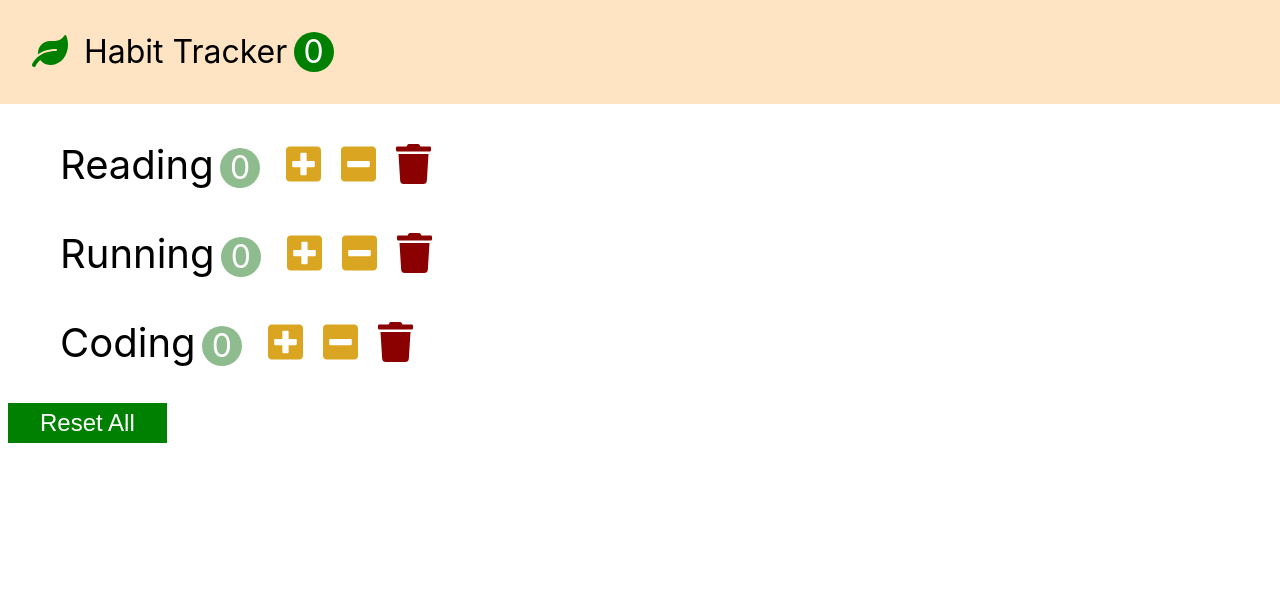
Repository: keehoonjung/react-habit-tracker
Page: / (app in react/habit-tracker/)
These files come from the project's save history. The page is drawn as it stood at one moment and after a run of saves; the edit follows.
The browser window is 1280 px wide. The pictures show the whole page.
The project was rebuilt for these pictures with package versions that can differ from the ones it lists, and the page was loaded fresh each time.

Above is the page before, as saved 2021-08-30 22:45:01.

### react/habit-tracker/public/index.html
<!DOCTYPE html>
<html lang="en">
  <head>
    <meta charset="utf-8" />
    <link rel="icon" href="%PUBLIC_URL%/favicon.ico" />
    <meta name="viewport" content="width=device-width, initial-scale=1" />
    <meta name="theme-color" content="#000000" />
    <meta
      name="description"
      content="Web site created using create-react-app"
    />
    <link rel="apple-touch-icon" href="%PUBLIC_URL%/logo192.png" />
    <title>App</title>
  </head>
  <body>
    <noscript>You need to enable JavaScript to run this app.</noscript>
    <div id="root"></div>
  </body>
</html>

### react/habit-tracker/src/app.jsx
import React, { Component } from "react";
import { textChangeRangeIsUnchanged } from "typescript";
import "./app.css";
import Habits from "./components/habits";
import Navbar from "./components/navbar";

class App extends Component {
  state = {
    habits: [
      { id: 1, name: "Reading", count: 0 },
      { id: 2, name: "Running", count: 0 },
      { id: 3, name: "Coding", count: 0 },
    ],
  };

  handleIncrement = (habit) => {
    const habits = [...this.state.habits];
    const index = habits.indexOf(habit);
    habits[index].count++;
    this.setState({ habits });
  };
  handledecrement = (habit) => {
    const habits = [...this.state.habits];
    const index = habits.indexOf(habit);
    const count = habits[index].count - 1;
    habits[index].count = count < 0 ? 0 : count;
    this.setState({ habits });
  };
  handleDelete = (habit) => {
    const habits = this.state.habits.filter((item) => item.id !== habit.id);
    this.setState({ habits });
  };
  addItem = () => {
    const habits = [...this.state.habits];
    const input = document.querySelector("input");
    console.log(this.newID());
    const newItem = { id: this.newID(), name: input.value, count: 0 };
    habits.push(newItem);
    input.value = "";
    this.setState({ habits });
  };

  resetAll = () => {
    const habits = [...this.state.habits];
    habits.forEach((habit) => {
      habit.count = 0;
    });
    this.setState({ habits });
  };

  newID = () => {
    return Math.floor(Math.random() * (10000 - 4) + 4);
  };

  render() {
    return (
      <>
        <Navbar
          totalScore={
            this.state.habits.filter((habit) => habit.count > 0).length
          }
        />
        <Habits
          habits={this.state.habits}
          OnIncrement={this.handleIncrement}
          Ondecrement={this.handledecrement}
          OnDelete={this.handleDelete}
        />
        <button className="reset-button" onClick={this.resetAll}>
          Reset All
        </button>
      </>
    );
  }
}

export default App;

### react/habit-tracker/src/app.css
* {
  box-sizing: border-box;
}
button {
  outline: none;
  border: 0;
  cursor: pointer;
}

.header {
  background-color: bisque;
  font-size: 2rem;
  padding: 2rem 2rem;
}

.fa-leaf {
  color: green;
  margin-right: 1rem;
}

.header-count {
  display: inline-block;
  text-align: center;
  width: 2.5rem;
  height: 2.5rem;
  line-height: 2.5rem;
  font-size: 2rem;
  margin-left: 0.2em;
  margin-right: 0.5em;
  background-color: green;
  color: white;
  border-radius: 50%;
}

.add-form {
  width: 100%;
  padding: 2rem 1rem;
}

.add-input {
  font-size: 1.5rem;
  width: 20rem;
  height: 2.5rem;
}

.add-button {
  font-size: 1.5rem;
  height: 2.8rem;
  width: 4rem;
  margin-left: 0.5rem;
  background-color: green;
  color: white;
}

.habit {
  font-size: 2.5rem;
  padding: 0.5em;
  list-style: none;
}

.habit-count {
  display: inline-block;
  text-align: center;
  width: 2.5rem;
  height: 2.5rem;
  line-height: 2.5rem;
  font-size: 2rem;
  margin-left: 0.2em;
  margin-right: 0.5em;
  background-color: darkseagreen;
  color: white;
  border-radius: 50%;
}

.habit-button {
  font-size: 2.5rem;
  margin: 0 0.1em;
  background-color: transparent;
}

.habit-button:hover {
  opacity: 0.8;
}

.habit-increase,
.habit-decrease {
  color: goldenrod;
}

.habit-delete {
  color: darkred;
}

.reset-button {
  font-size: 1.5rem;
  height: 2.5rem;
  padding: 0 2rem;
  margin-left: 0.5rem;
  background-color: green;
  color: white;
}

### react/habit-tracker/src/components/habits.jsx
import React, { Component } from "react";
import Habit from "./habit";

class Habits extends Component {
  render() {
    return (
      <ul>
        {this.props.habits.map((habit) => (
          <Habit
            key={habit.id}
            habit={habit}
            OnhandleIncrement={this.props.OnIncrement}
            Onhandledecrement={this.props.Ondecrement}
            OnhandleDelete={this.props.OnDelete}
          />
        ))}
      </ul>
    );
  }
}

export default Habits;

### react/habit-tracker/src/components/navbar.jsx
import React, { Component } from "react";

class Navbar extends Component {
  render() {
    return (
      <nav className="header">
        <i className="fas fa-leaf"></i>
        <span className="header-title">Habit Tracker</span>
        <span className="header-count">{this.props.totalScore}</span>
      </nav>
    );
  }
}

export default Navbar;

### react/habit-tracker/src/components/habit.jsx
import React, { Component } from "react";

class Habit extends Component {
  handleIncrement = () => {
    // this.setState({ count: this.state.count + 1 });
    this.props.OnhandleIncrement(this.props.habit);
  };

  handledecrement = () => {
    this.props.Onhandledecrement(this.props.habit);
  };
  handleDelete = () => {
    this.props.OnhandleDelete(this.props.habit);
  };
  render() {
    const { name, count } = this.props.habit;
    return (
      <li className="habit">
        <span className="habit-name">{name}</span>
        <span className="habit-count">{count}</span>
        <button
          className="habit-button habit-increase"
          onClick={this.handleIncrement}
        >
          <i className="fas fa-plus-square"></i>
        </button>
        <button
          className="habit-button habit-decrease"
          onClick={this.handledecrement}
        >
          <i className="fas fa-minus-square"></i>
        </button>
        <button
          className="habit-button habit-delete"
          onClick={this.handleDelete}
        >
          <i className="fas fa-trash"></i>
        </button>
      </li>
    );
  }
}

export default Habit;

### react/habit-tracker/src/components/addhabit.jsx
import React, { Component } from "react";

class Addhabit extends Component {
  inputRef = React.createRef();
  addItem = (event) => {
    event.preventDefault();
    const name = this.inputRef.current.value;
    this.props.onAddItem(name);
  };
  render() {
    return (
      <form className="add-form" onSubmit={this.addItem}>
        <input
          ref="inputRef"
          type="text"
          className="add-input"
          placeholder="Habit"
        />
        <button className="add-button">Add</button>
      </form>
    );
  }
}

export default Addhabit;

Loaded but not shown: react/habit-tracker/src/index.js (common file); react/habit-tracker/src/index.css (common file)

After the next 3 saves:
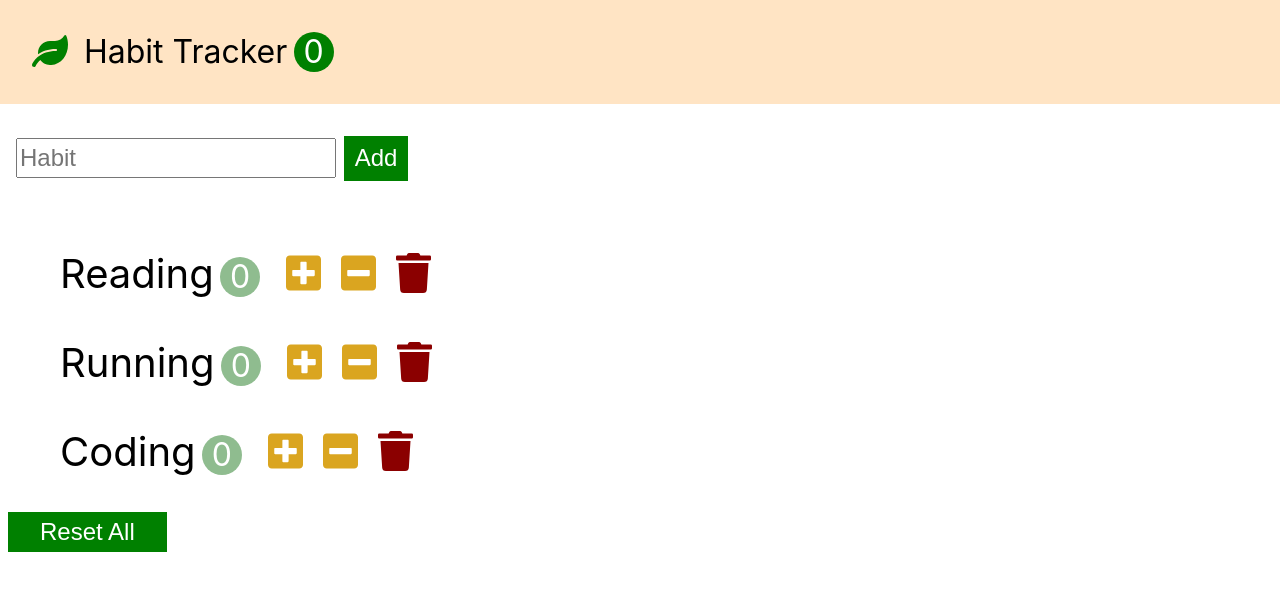
The 3 saves are shown as one change because 2 did not build or start.
The last was saved 34 s later.
--- a/react/habit-tracker/src/components/habits.jsx
+++ b/react/habit-tracker/src/components/habits.jsx
@@ -1,20 +1,24 @@
 import React, { Component } from "react";
+import Addhabit from "./addhabit";
 import Habit from "./habit";
 
 class Habits extends Component {
   render() {
     return (
-      <ul>
-        {this.props.habits.map((habit) => (
-          <Habit
-            key={habit.id}
-            habit={habit}
-            OnhandleIncrement={this.props.OnIncrement}
-            Onhandledecrement={this.props.Ondecrement}
-            OnhandleDelete={this.props.OnDelete}
-          />
-        ))}
-      </ul>
+      <>
+        <Addhabit />
+        <ul>
+          {this.props.habits.map((habit) => (
+            <Habit
+              key={habit.id}
+              habit={habit}
+              OnhandleIncrement={this.props.OnIncrement}
+              Onhandledecrement={this.props.Ondecrement}
+              OnhandleDelete={this.props.OnDelete}
+            />
+          ))}
+        </ul>
+      </>
     );
   }
 }
